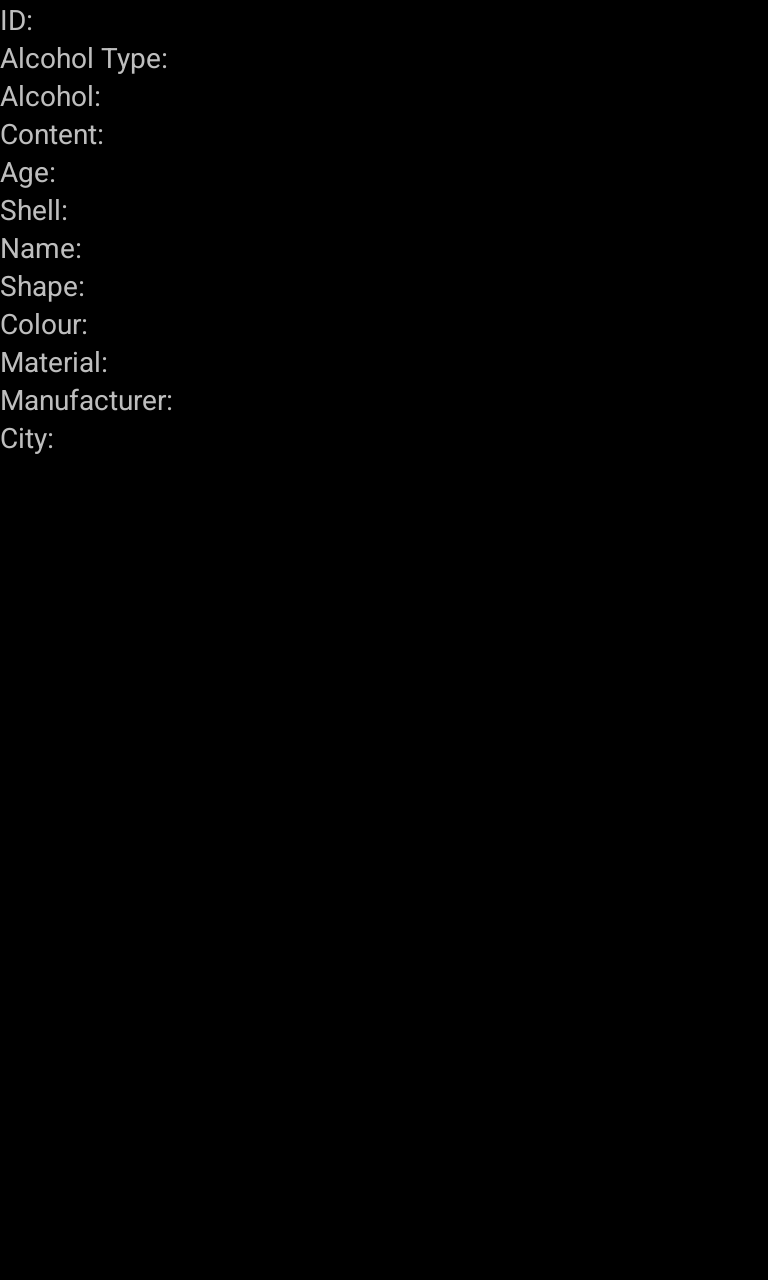
Repository: blagozlatev/Search-Rater
Layout: Catalog-Android-Client/res/layout/show_bottle_layout.xml
These files come from the project's save history. The layout is drawn as it stood at one moment and after the next save; the edit follows.
It is drawn on a 768 x 1280 px phone screen (xhdpi) without system bars, with theme android:Theme; the app's code is not run.

Above is the layout before, as saved 2013-03-17 06:47:44.

After the next save:
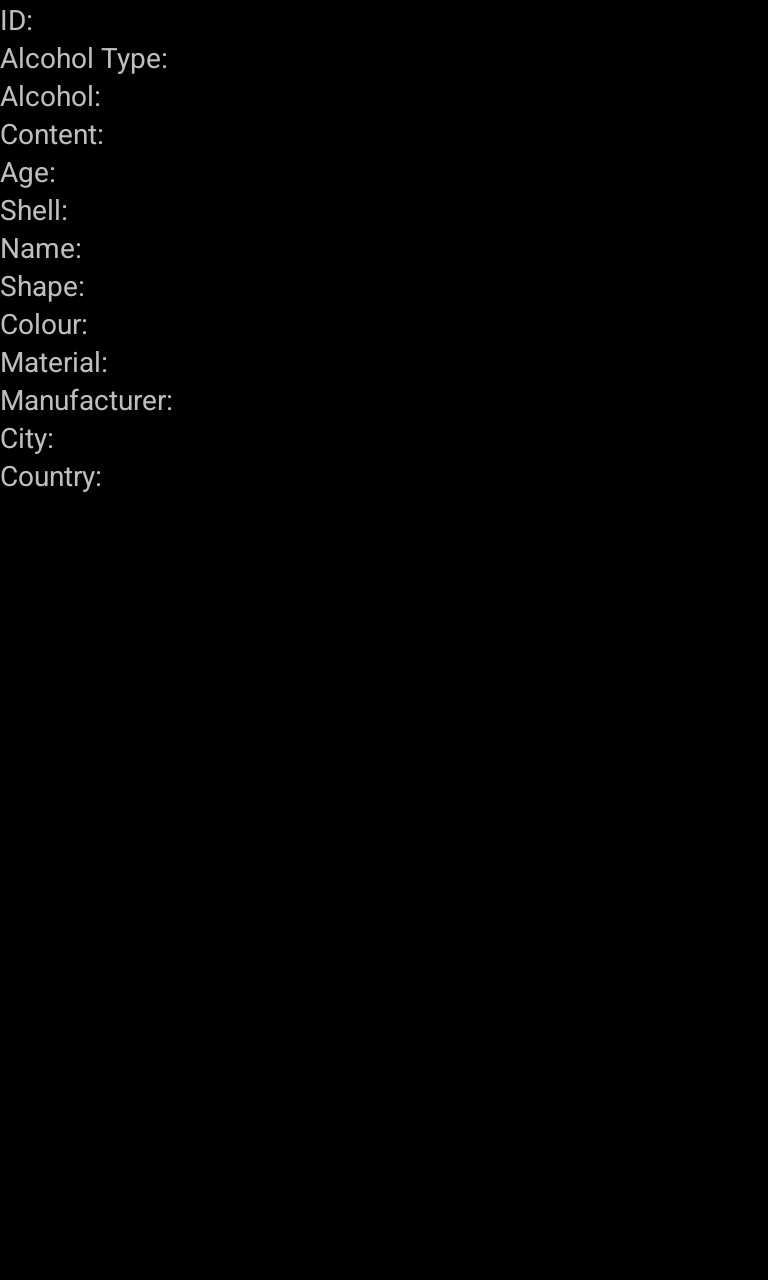
Saved 1 s later.
--- a/Catalog-Android-Client/res/layout/show_bottle_layout.xml
+++ b/Catalog-Android-Client/res/layout/show_bottle_layout.xml
@@ -199,6 +199,11 @@
             android:layout_width="match_parent"
             android:layout_height="wrap_content" >
 
+                        <TextView
+                android:layout_width="wrap_content"
+                android:layout_height="wrap_content"
+                android:text="@string/country_" />
+
             <TextView
                 android:id="@+id/txtViewCountry"
                 android:layout_width="match_parent"
